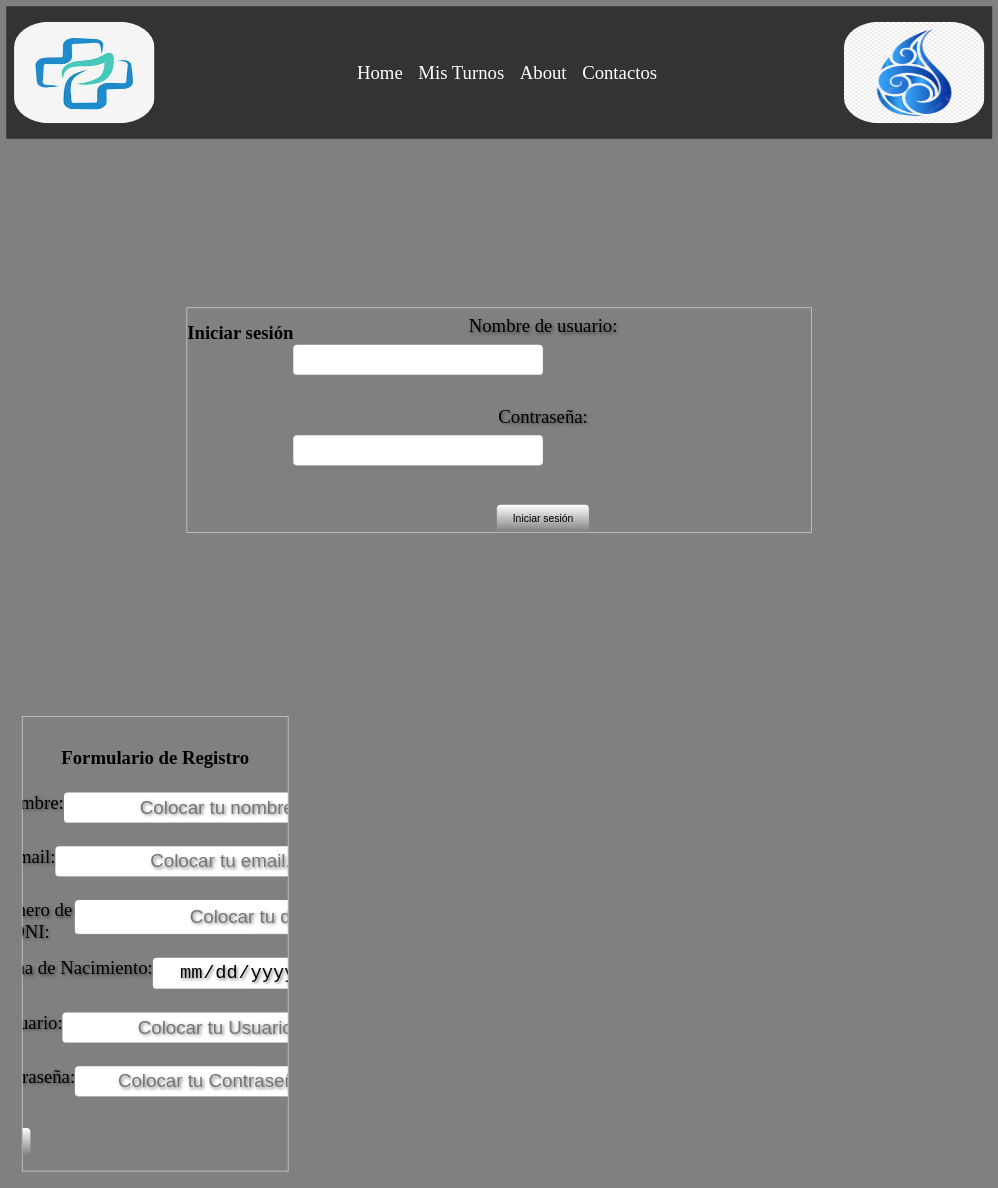
Repository: mauro8778/TurnoClinica
Page: / (app in front/vite-project/)
These files come from the project's save history. The page is drawn as it stood at one moment and after the next save; the edit follows.
The browser window is 1280 px wide. The pictures show the whole page, at 78% of full size.
The project was rebuilt for these pictures with package versions that can differ from the ones it lists, and the page was loaded fresh each time. Also part of the build but not shown: front/vite-project/vite.config.js.

Above is the page before, as saved 2024-04-14 13:57:46.

### front/vite-project/src/App.jsx

import "./index.css"
import NavBar from "./components/NavBar/NavBar.jsx";
import Login from "./views/Login/Login"
import Register from "./views/Register/Register.jsx";


function App() {


  return (
    <>
    <NavBar/>
  <Login/>
  <Register/>
    </>


  )
}

export default App

### front/vite-project/src/index.css
body{

  background-color: grey;
}

### front/vite-project/src/components/NavBar/NavBar.jsx

import  "./NavBar.css";
import hospital from "../../assets/hospital.jpg"
import logo from "../../assets/logo.jpg"


const NavBar=()=>{

    return(
    <>

    <div className="navbar">
      <img src={hospital} alt="Imagen 1" className="left-image" />
      <ul className="nav-list">
        <li>Home</li>
        <li>Mis Turnos </li>
        <li>About</li>
        <li>Contactos </li>
      </ul>
      <img src={logo} alt="Imagen 2" className="right-image" />
    </div>


    </>
    )
}
export default NavBar;

### front/vite-project/src/views/Login/Login.jsx
import { useState } from "react";
import axios from "axios"
import "./login.css";

const LoginForm = () => {
  const [credentials, setCredentials] = useState({
    username: "",
    password: ""
  });

  const [error, setError] = useState("");

  const handleInputChange = (event) => {
    const { name, value } = event.target;
    setCredentials({
      ...credentials,
      [name]: value
    });
  };

  const handleFormSubmit = async (event) => {
    event.preventDefault();
    if (!credentials.username && !credentials.password) {
        setError("Faltan rellenar los campos de usuario y contraseña");
        return;
      }
      if (!credentials.username) {
        setError("Falta colocar el nombre de usuario");
        return;
      }
      if (!credentials.password) {
        setError("Falta colocar la contraseña");
        return;
      }
    try {
        const response = await axios.post("http://localhost:3000/users/loguin", credentials);
        if (response.status === 200) {
          alert("Inicio de sesión exitoso");
        } else {
          setError("Credenciales inválidas");
        }
    } catch (error) {
        if (error.response && error.response.status === 400) {
          setError("Usuario inexistente");
        } else if (error.response && error.response.status === 401) {
          setError("Contraseña incorrecta");
        } else {
          setError ("Error al iniciar sesión. Por favor, inténtalo de nuevo más tarde");
        }
    }
};
  return (
    <div className="card-container">
    <div className="card">
      <h2>Iniciar sesión</h2>
      <form onSubmit={handleFormSubmit} className="form-container">
        <div className="input-container">
          <label htmlFor="username">Nombre de usuario:</label>
          <input
            type="text"
            id="username"
            name="username"
            value={credentials.username}
            onChange={handleInputChange}
          />
        </div>
        <div className="input-container">
          <label htmlFor="password">Contraseña:</label>
          <input
            type="password"
            id="password"
            name="password"
            value={credentials.password}
            onChange={handleInputChange}
          />
        </div>
        {error && <p className="error">{error}</p>}
        <button type="submit">Iniciar sesión</button>
      </form>
    </div>
  </div>
);
};

export default LoginForm;

### front/vite-project/src/views/Register/Register.jsx

import { useState, useEffect } from "react";
import "../Register/Register.css";
import { Validate } from "../../helper/validate";
import axios from "axios";

const Register = () => {
  const [userData, setUserData] = useState({
    name: "",
    email: "",
    nDni: "",
    birthdate: "",
    username: "",
    password: ""
  });

  const [errors, setErrors] = useState({
    name: "",
    email: "",
    nDni: "",
    birthdate: "",
    username: "",
    password: ""
  });

  const [formSubmitted, setFormSubmitted] = useState(false);

  const handleInputChange = (event) => {
    const { name, value } = event.target;
    setUserData({
      ...userData,
      [name]: value
    });
  };

  const handleFormSubmit = (event) => {
    event.preventDefault();
    setFormSubmitted(true);
  };

  useEffect(() => {
    if (formSubmitted) {
      const currentErrors = Validate(userData);
      setErrors(currentErrors);

      const noErrors = Object.values(currentErrors).every(
        (error) => error === ""
      );

      if (noErrors) {
        axios
          .post("http://localhost:3000/users/register", userData)
          .then(() => {
            alert("Usuario creado con éxito");
            setFormSubmitted(false);
            setUserData({
              name: "",
              email: "",
              nDni: "",
              birthdate: "",
              username: "",
              password: ""
            });
            setErrors({
              name: "",
              email: "",
              nDni: "",
              birthdate: "",
              username: "",
              password: ""
            });
          })
          .catch((error) => {
            console.error("Error al enviar los datos:", error);
          });
      }
    }
  }, [formSubmitted, userData]);

  return (
    <>
      <div className="tarjeta">
        <div className="contenido">
          <h2>Formulario de Registro</h2>
          <form onSubmit={handleFormSubmit}>
            <label htmlFor="name">
              Nombre:
              <input
                type="text"
                value={userData.name}
                name="name"
                placeholder="Colocar tu nombre..."
                onChange={handleInputChange}
              />
            </label>
            {formSubmitted && <p className="error">{errors.name}</p>}

            <label htmlFor="email">
              Email:
              <input
                type="text"
                value={userData.email}
                name="email"
                placeholder="Colocar tu email..."
                onChange={handleInputChange}
              />
            </label>
            {formSubmitted && <p className="error">{errors.email}</p>}

            <label htmlFor="nDni">
              Numero de DNI:
              <input
                type="text"
                value={userData.nDni}
                name="nDni"
                placeholder="Colocar tu dni..."
                onChange={handleInputChange}
              />
            </label>
            {formSubmitted && <p className="error">{errors.nDni}</p>}

            <label htmlFor="birthdate">
              Fecha de Nacimiento:
              <input
                type="date"
                value={userData.birthdate}
                name="birthdate"
                placeholder="Colocar tu Fecha de Nacimiento..."
                onChange={handleInputChange}
              />
            </label>
            {formSubmitted && <p className="error">{errors.birthdate}</p>}

            <label htmlFor="username">
              Usuario:
              <input
                type="text"
                value={userData.username}
                name="username"
                placeholder="Colocar tu Usuario..."
                onChange={handleInputChange}
              />
            </label>
            {formSubmitted && <p className="error">{errors.username}</p>}

            <label htmlFor="password">
              Contraseña:
              <input
                type="password"
                value={userData.password}
                name="password"
                placeholder="Colocar tu Contraseña..."
                onChange={handleInputChange}
              />
            </label>
            {formSubmitted && <p className="error">{errors.password}</p>}

            <button type="submit">Enviar</button>
          </form>
        </div>
      </div>
    </>
  );
};

export default Register;

### front/vite-project/src/components/NavBar/NavBar.css
.navbar {
  display: flex;
  justify-content: space-between;
  align-items: center;
  background-color: #333;
  padding: 10px;
  height: 150px;
}

.nav-list {
  list-style: none;
  display: flex;
  margin: 0;
  padding: 0;
}

.nav-list li {
  margin-left: 20px;
  color: white;
  font-size: 1.5rem;
}

.left-image,
.right-image {
  width: 180px;
  height: 130px;
  border-radius: 25%;
}

### front/vite-project/src/views/Login/login.css
.card-container {
  display: flex;
  justify-content: center;
  align-items: center;
  height: 100vh;
}
.centered{
  text-align: center;
  font-size: 3rem;
  color: black;
  padding: 10px 20px;
  text-shadow: 2px 2px 4px rgba(0, 0, 0, 0.5);
}
label{
  text-align: center;
  font-size: 1.5rem;
  color: black;
  padding: 10px 20px;
  border-radius: 5px;
  text-shadow: 2px 2px 4px rgba(0, 0, 0, 0.5);
  display: flex;
  justify-content: center;

}
input{
  text-align: right;
  font-size: 1.5rem;
  color: black;
  padding: 10px 20px;
  border-radius: 5px;
  text-shadow: 2px 2px 4px rgba(0, 0, 0, 0.5);
}

.card {
  display: flex;
  border: 1px solid #ccc;
  width: 80%;
  max-width: 800px;
}

.left-column,
.right-column {
  flex: 1;
  padding: 20px;
  background: linear-gradient(white,grey) ;
  display: flex;
  justify-content: center;
  align-items: center;
}

.left-column {
  border-right: 1px solid #ccc;
  background: linear-gradient(white,grey);
  display: flex;
  justify-content: center;
  align-items: center;
}

.right-column {
  display: flex;
  flex-direction: column;
  align-items: center;
  padding: 20px; }

.right-column h2 {
  margin-bottom: 20px;
}

.form-container {
  width: 80%;
  text-align: center;
}

.input-container {
  width: 100%;
  margin-bottom: 20px;
  text-align: left;
}

.error {
  color: red;
  text-align: center;
}

.button-container {
  margin: 0 5px;
}


.botones{
  display: flex;
  justify-content: space-between;
  align-items: center;
}
button {
  padding: 10px 20px;
  background: linear-gradient(white, grey);
  transition: background-color 0.3s ease;
  text-decoration: none;
  color: #333;
  border-radius: 5px;
}
button:hover {
  background-color: rgba(0, 0, 0, 0.1);
}
.Links {
  padding: 10px 20px;
  background: linear-gradient(white, grey);
  transition: background-color 0.3s ease;
  text-decoration: none;
  color: #333;
  border-radius: 5px;
}
.Links:hover {
  background-color: rgba(0, 0, 0, 0.1);
}

### front/vite-project/src/views/Register/Register.css
.tarjeta {
    display: flex;
    flex-direction: column;
    justify-content: center; /* Centra verticalmente */
    align-items: center; /* Centra horizontalmente */
    width: 300px;
    height: auto;
    margin: 20px;
    padding: 20px;
    position: relative;
    overflow: hidden;
    border: 1px solid #ccc;
    background-color: transparent;
    transition: all 0.3s ease;
  }

  .tarjeta:hover {
    transform: scale(1.05);
    box-shadow: 0 0 10px rgba(0, 0, 0, 0.2);
  }

  .contenido {
    display: flex;
    flex-direction: column;
    align-items: center;
  }

  .contenido h2 {
    color: black;
  }

  button {
    margin-top: 20px;
    padding: 10px 20px;
    background-color: transparent;
    border: none;
    color: black;
    cursor: pointer;
  }

  button:hover {
    background-color: #ccc;
  }

  input {
    margin-bottom: 10px;
    padding: 5px;
    border: none;
    border-bottom: 1px solid #ccc;
    outline: none;
  }

  input:focus {
    border-bottom-color: black;
  }
  .error{
color: red;
  }

### front/vite-project/src/helper/validate.js
export const Validate = (input) => {
    const errors = {};

    const nameRegex = /^[A-Za-z]{1,20}$/;
    if (!nameRegex.test(input.name)) {
        errors.name = "El nombre debe contener solo letras y tener máximo 20 caracteres";
    }

    const emailRegex = /^[^\s@]+@[^\s@]+\.[^\s@]+$/;
    if (!emailRegex.test(input.email)) {
        errors.email = "El email no es válido";
    }

    const nDniRegex = /^\d{1,8}$/;
    if (!nDniRegex.test(input.nDni)) {
        errors.nDni = "El número de DNI debe contener solo números y tener máximo 8 dígitos";
    }

    const birthdateRegex = /^(19|20)\d\d-(0[1-9]|1[0-2])-(0[1-9]|[12][0-9]|3[01])$/;
    if (!birthdateRegex.test(input.birthdate)) {
        errors.birthdate = "La fecha de nacimiento no es válida";
    }

    const usernameRegex = /^[A-Za-z0-9_]{3,20}$/;
    if (!usernameRegex.test(input.username)) {
        errors.username = "El nombre de usuario debe contener solo letras, números y guiones bajos, y tener entre 3 y 20 caracteres";
    }

    const passwordRegex = /^.{8,}$/;
    if (!passwordRegex.test(input.password)) {
        errors.password = "La contraseña debe tener al menos 8 caracteres";
    }

    return errors;
};

Loaded but not shown: front/vite-project/index.html (common file); front/vite-project/src/main.jsx (common file)

After the next save:
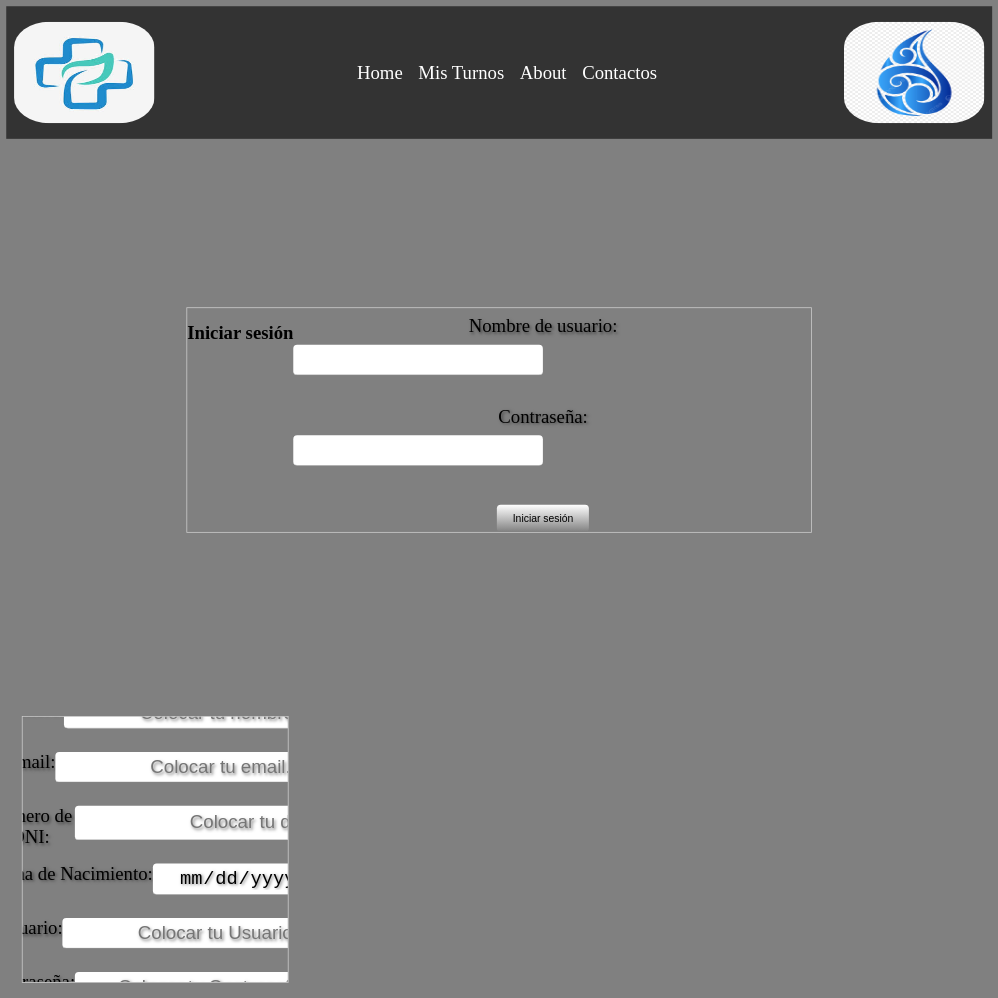
Saved 3 min 27 s later.
--- a/front/vite-project/src/views/Register/Register.css
+++ b/front/vite-project/src/views/Register/Register.css
@@ -4,7 +4,7 @@
     justify-content: center; /* Centra verticalmente */
     align-items: center; /* Centra horizontalmente */
     width: 300px;
-    height: auto;
+    height: 300px;
     margin: 20px;
     padding: 20px;
     position: relative;
